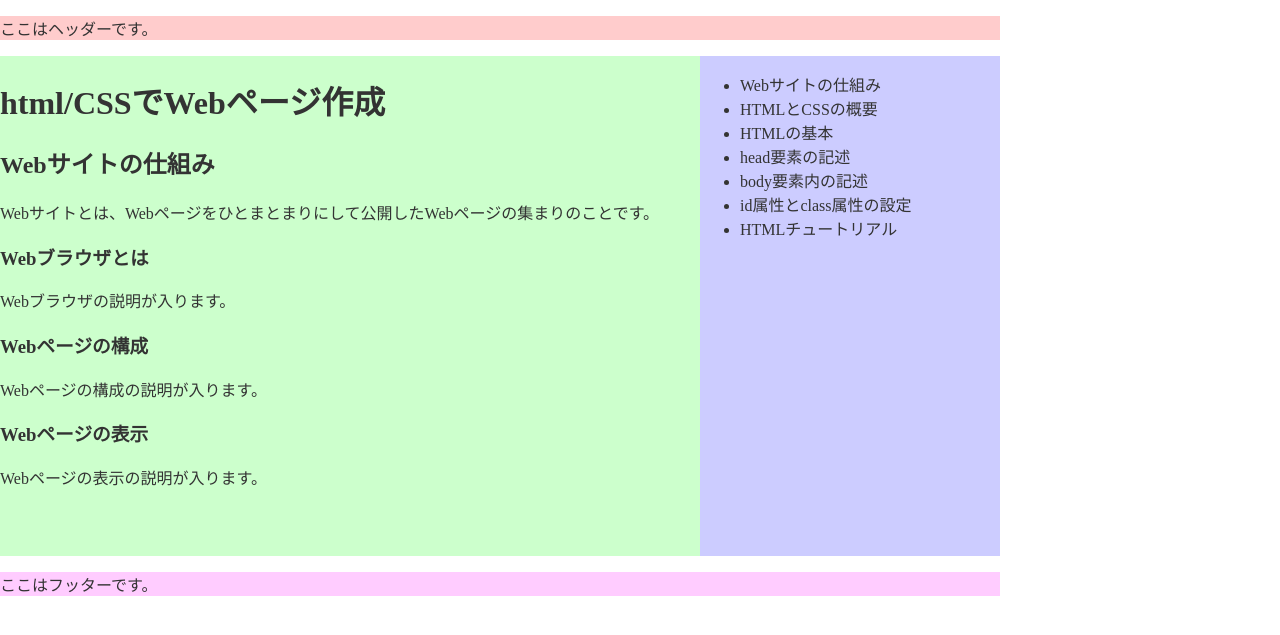
Repository: ichiro-fujii/kadai-commit
Page: lesson-htmlcss/kadai-html.html
The author's editor kept a record of every edit. The page is drawn from the files as they stood at one moment, then again after the next edit.
The browser window is 1280 px wide. The pictures show the whole page.

Above is the page before.

After the next edit:
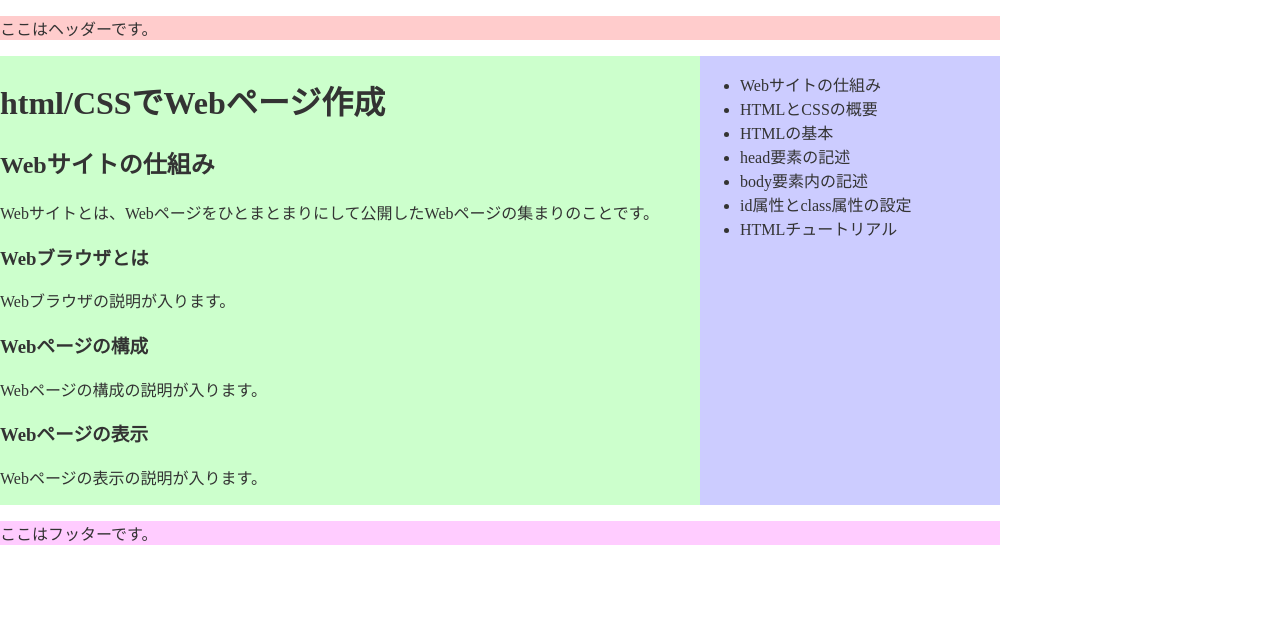
The edit:
--- a/lesson-htmlcss/kadai-css.css
+++ b/lesson-htmlcss/kadai-css.css
@@ -17,7 +17,6 @@
 #main {
     float: left;
     width: 700px;
-    height: 500px;
     background-color: #ccffcc;
 }
 #menu {
